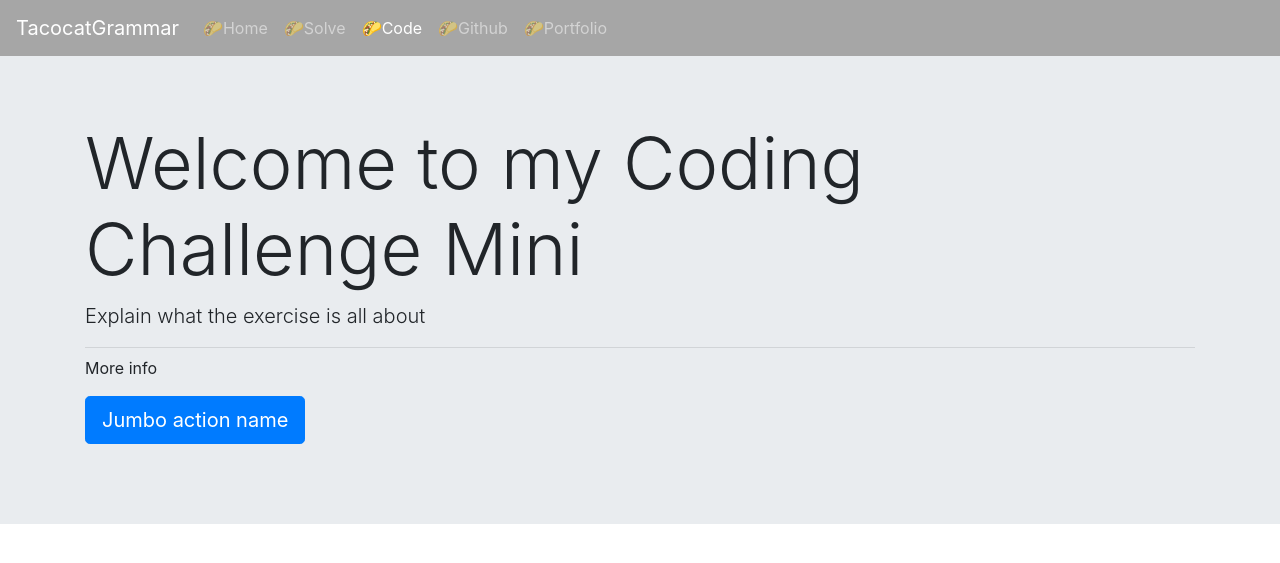
Repository: zhadjah9559/TacocatGrammar
Page: code.html
These files come from the project's save history. The page is drawn as it stood at one moment and after the next save; the edit follows.
The browser window is 1280 px wide. The pictures show the whole page.

Above is the page before, as saved 2021-01-14 19:48:56.

### code.html
<!doctype html>
<html lang="en">
  <head>
    <title>Code</title>
    <!-- Required meta tags -->
    <meta charset="utf-8">
    <meta name="viewport" content="width=device-width, initial-scale=1, shrink-to-fit=no">

    <!-- Bootstrap CSS -->
    <link rel="stylesheet" href="https://stackpath.bootstrapcdn.com/bootstrap/4.3.1/css/bootstrap.min.css" integrity="sha384-ggOyR0iXCbMQv3Xipma34MD+dH/1fQ784/j6cY/iJTQUOhcWr7x9JvoRxT2MZw1T" crossorigin="anonymous">
    <link rel="stylesheet" href="css/custom.css">
  </head>
  <body>

    <nav class="navbar navbar-expand-sm navbar-dark" style="background-color:  #A6A6A6">
        <a class="navbar-brand" href="#">TacocatGrammar</a>
        <button class="navbar-toggler d-lg-none" type="button" data-toggle="collapse" data-target="#collapsibleNavId" aria-controls="collapsibleNavId"
            aria-expanded="false" aria-label="Toggle navigation"></button>
        <div class="collapse navbar-collapse" id="collapsibleNavId">
            <ul class="navbar-nav mr-auto mt-2 mt-lg-0">
                <li class="nav-item">
                    <a class="nav-link" href="index.html">🌮Home </a>
                </li>
                <li class="nav-item">
                    <a class="nav-link" href="solve.html">🌮Solve </a>
                </li>
                <li class="nav-item active">
                    <a class="nav-link" href="code.html">🌮Code <span class="sr-only">(current)</span></a>
                </li>
                <li class="nav-item">
                    <a class="nav-link" target="_blank" href="https://github.com/zhadjah9559/SunsetHills">🌮Github</a>
                </li>
                <li class="nav-item">
                    <a class="nav-link" target="_blank" href="https://www.zacharyhadjah.netlify.app">🌮Portfolio</a>
                </li>
            </ul>
        </div>
    </nav>


    <div class="jumbotron jumbotron-fluid">
        <div class="container">
            <h1 class="display-3">Welcome to my Coding Challenge Mini </h1>
            <p class="lead">Explain what the exercise is all about</p>
            <hr class="my-2">
            <p>More info</p>
            <p class="lead">
                <a class="btn btn-primary btn-lg" href="Jumbo action link" role="button">Jumbo action name</a>
            </p>
        </div>
    </div>

    <!-- Optional JavaScript -->
    <!-- jQuery first, then Popper.js, then Bootstrap JS -->
    <script src="https://code.jquery.com/jquery-3.3.1.slim.min.js" integrity="sha384-q8i/X+965DzO0rT7abK41JStQIAqVgRVzpbzo5smXKp4YfRvH+8abtTE1Pi6jizo" crossorigin="anonymous"></script>
    <script src="https://cdnjs.cloudflare.com/ajax/libs/popper.js/1.14.7/umd/popper.min.js" integrity="sha384-UO2eT0CpHqdSJQ6hJty5KVphtPhzWj9WO1clHTMGa3JDZwrnQq4sF86dIHNDz0W1" crossorigin="anonymous"></script>
    <script src="https://stackpath.bootstrapcdn.com/bootstrap/4.3.1/js/bootstrap.min.js" integrity="sha384-JjSmVgyd0p3pXB1rRibZUAYoIIy6OrQ6VrjIEaFf/nJGzIxFDsf4x0xIM+B07jRM" crossorigin="anonymous"></script>
  </body>
</html>

### css/custom.css
/*.navbar .navbar-expand-sm{
    background-color: #A6A6A6;
}

^^Not working atm*/

After the next save:
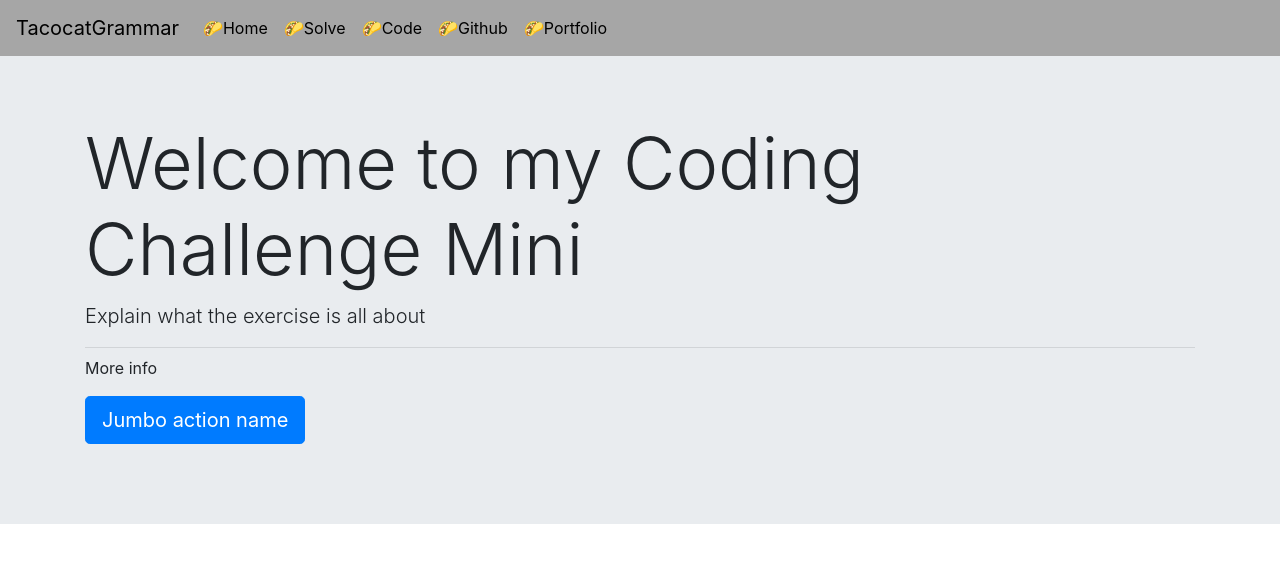
Saved 75 s later.
--- a/css/custom.css
+++ b/css/custom.css
@@ -1,5 +1,9 @@
-/*.navbar .navbar-expand-sm{
-    background-color: #A6A6A6;
+.navbar-dark .navbar-nav .active>.nav-link{
+    color:black;
 }
-
-^^Not working atm*/
+.navbar-dark .navbar-nav .nav-link{
+    color:black;
+}
+.navbar .navbar-brand{
+    color:black;
+}
